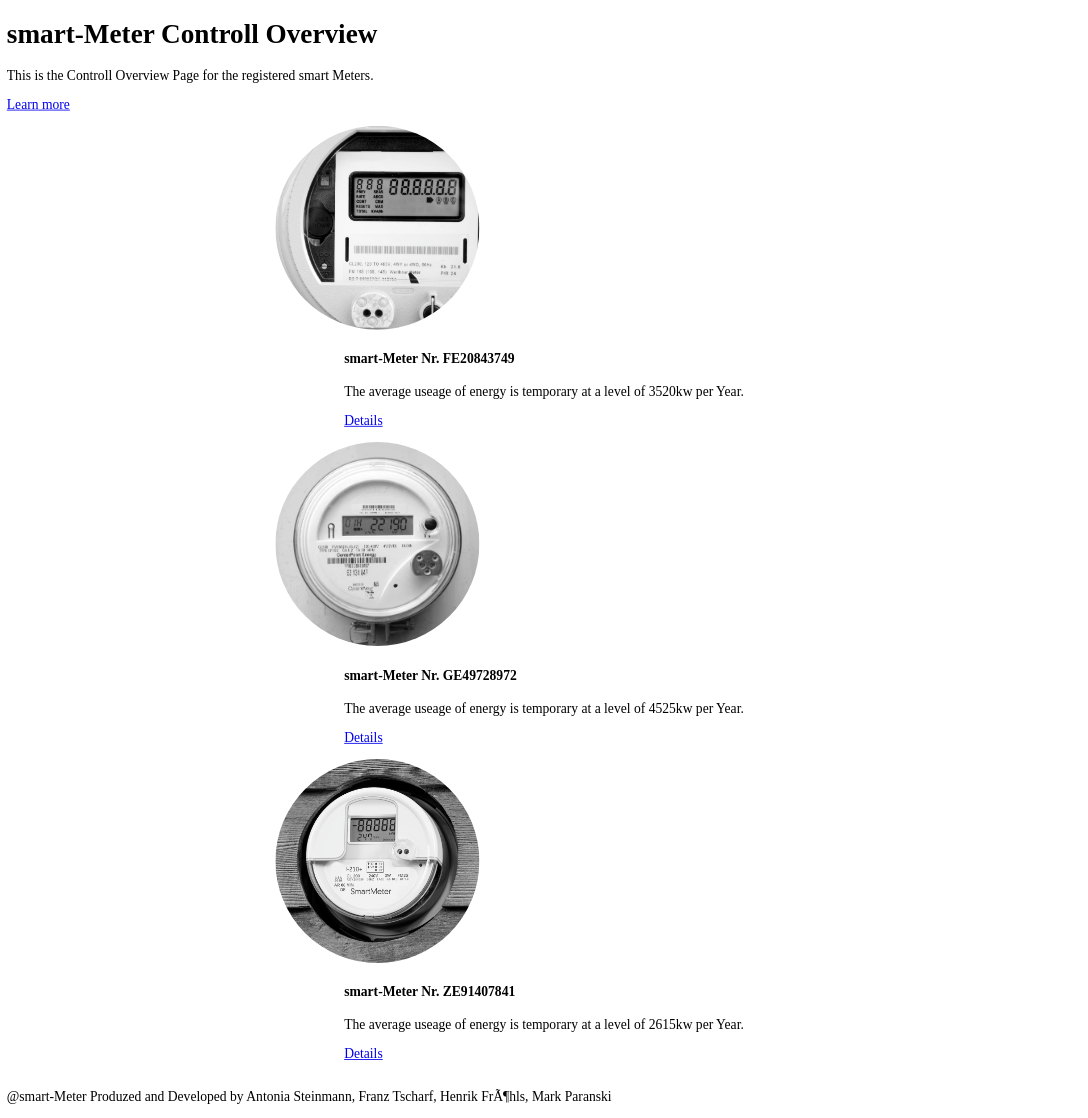
Repository: FredTacker/AwsSys_Assigment_02
Page: http://localhost/SmartMeterManagementWeb/content/pages/overview.jsp
An editor plug-in stored every save of this project. The page is shown before and after the next save, followed by the edit.
The browser window is 1280 px wide. The pictures show the whole page, at 85% of full size.
The page is served by Tomcat 9. Nobody is signed in. The application's start-up code is not run.

Above is the page before, as saved 2017-06-10 23:54:48.

After the next save:
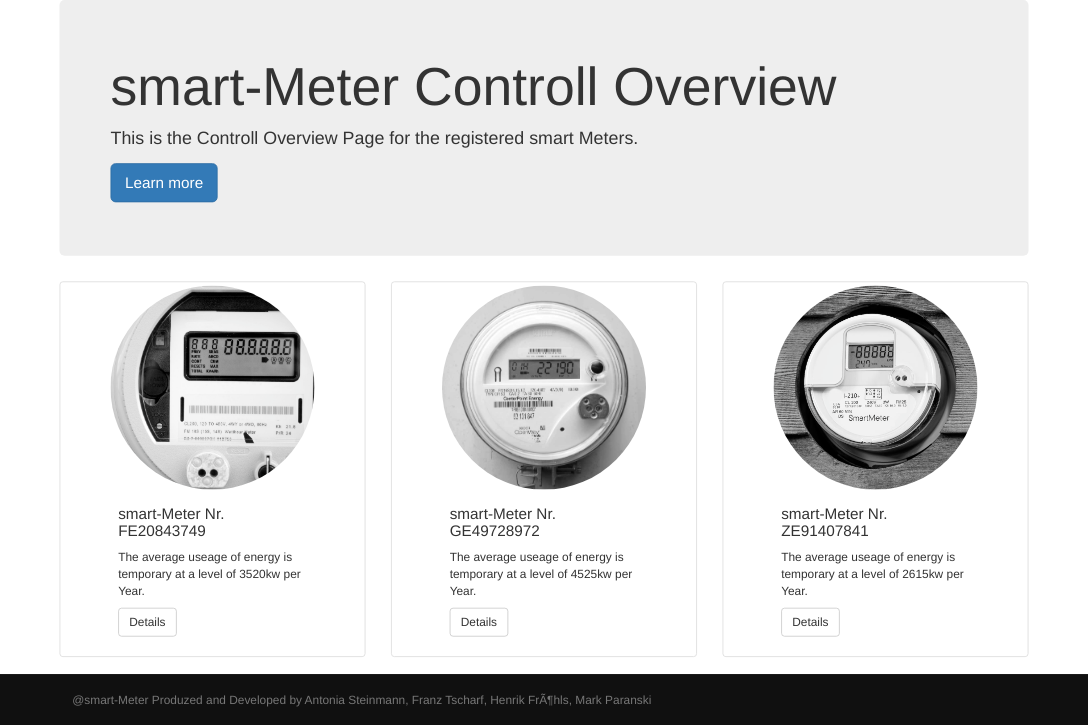
Saved 72 s later.
--- a/SmartMeterManagementWeb/WebContent/content/pages/overview.jsp
+++ b/SmartMeterManagementWeb/WebContent/content/pages/overview.jsp
@@ -1,7 +1,7 @@
 <!DOCTYPE html>
 <html lang="de">
     <head>
-
+			<%@ include file="./../includes/header.jsp" %>
     </head>
     <body>
 
